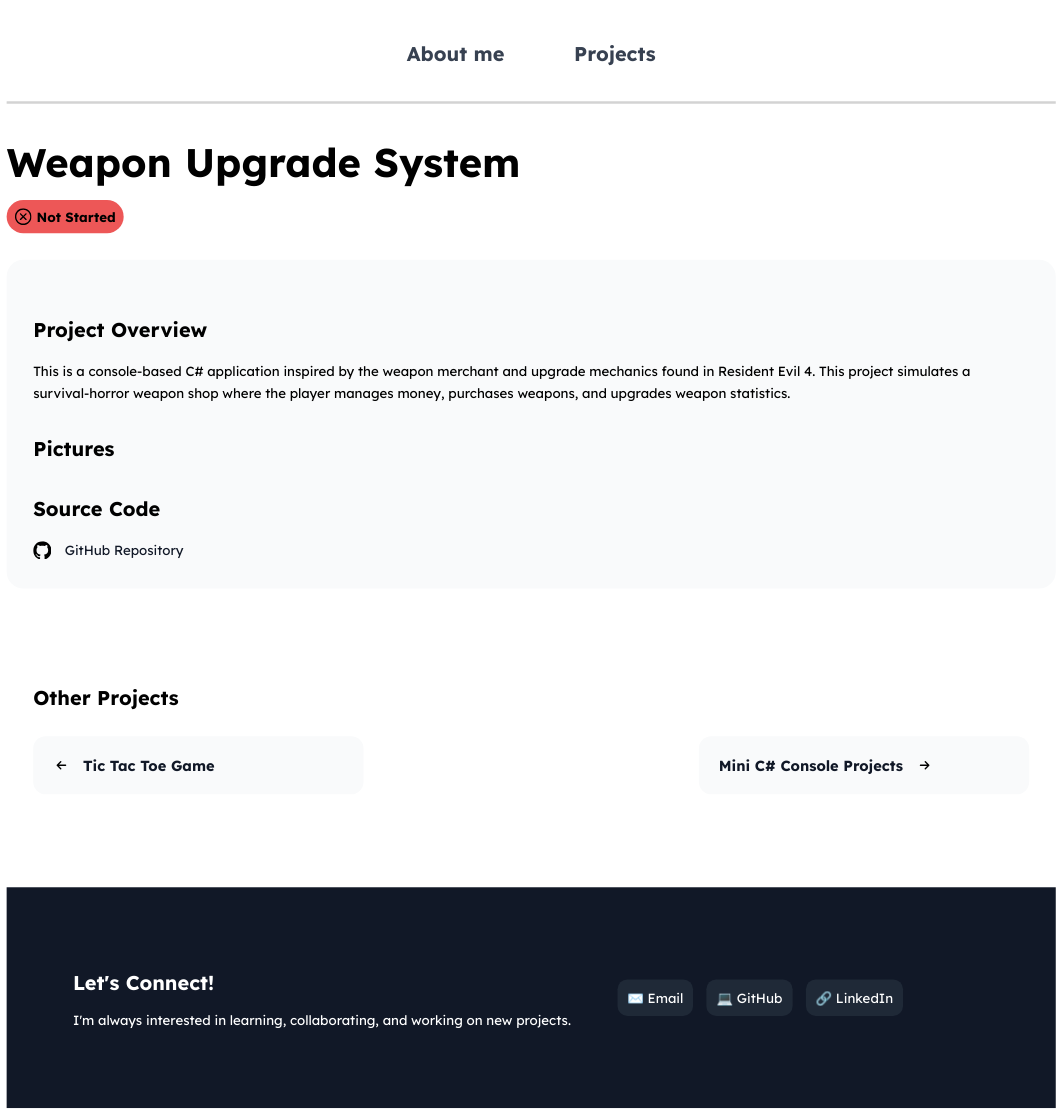
Repository: perrybalaba/perrybalaba
Page: pages/weapon-upgrade.html
An editor plug-in stored every save of this project. The page is shown before and after the next save, followed by the edit.
The browser window is 1280 px wide. The pictures show the whole page, at 83% of full size.

Above is the page before, as saved 2026-05-14 20:11:03.

### pages/weapon-upgrade.html
<!DOCTYPE html>
<html lang="en">
<head>
    <meta charset="UTF-8">
    <meta name="viewport" content="width=device-width, initial-scale=1.0">
    <title> Perry's Portfolio </title>
    <link rel="stylesheet" href="../styles/projects.css"/>
    <link rel="stylesheet" href="../styles/globals.css"/>
</head>
<body>
    <main>
        <!-- NAVIGATION BAR -->
        <nav class="Nav-Bar">
            <ul>
                <li><a href="../index.html"> About me </a></li>
                <li><a href="../pages/weapon-upgrade.html"> Projects </a></li>
            </ul>
        </nav>
        <!-- INFO -->
        <div class="Project-Info">
            <div class="Project-Info-Container">
                <h2> Weapon Upgrade System </h2>
                <div class="Project-Stats">
                    <span class="Not-Started">
                        <img src="../assets/images/no-svgrepo-com.svg" alt="not-started"/>
                        Not Started
                    </span>
                </div>
                <div class="Project-Info-Card">
                    <h3> Project Overview </h3>
                        <p>
                            This is a console-based C# application inspired by the weapon merchant and upgrade mechanics
                            found in Resident Evil 4. This project simulates a survival-horror weapon shop where the player
                            manages money, purchases weapons, and upgrades weapon statistics.
                        </p>
                    <h3> Pictures </h3>
                    <h3> Source Code </h3>
                    <div class="GitHub-Repo">
                        <a href="">
                            <img src="../assets/images/github-142-svgrepo-com.svg" alt="github logo">
                            GitHub Repository
                        </a>
                    </div>
                </div>
            </div>

        </div>

        <!-- MORE PROJECTS -->
        <div class="Other-Projects">
            <h2> Other Projects </h2>
            <div class="Other-Projects-Container">
                <div class="Other-Projects-Card Left-Card">
                    <a href="./tic-tac-toe.html">
                    <img src="../assets/images/arrow-sm-left-svgrepo-com.svg">
                    Tic Tac Toe Game
                    </a>
                </div>

                <div class="Other-Projects-Card Right-Card">
                    <a href="./console-projects.html">
                        Mini C# Console Projects
                        <img src="../assets/images/arrow-sm-right-svgrepo-com.svg">
                    </a>
                </div>
            </div>
        </div>


        <!-- CONTACT -->
        <div class="Contact">
            <div class="Contact-Container">
                <div class="Contact-Text">
                    <h2> Let's Connect! </h2>
                    <p>
                        I'm always interested in learning, collaborating, and working on new projects.
                    </p>
                </div>

                <div class="Contact-Links">
                    <a href="mailto:balabaperry@gmail.com"> ✉️ Email</a>
                    <a href="https://github.com/perrybalaba"> 💻 GitHub </a>
                    <a href="https://www.linkedin.com/in/ann-karen-balaba-46b839387/"> 🔗 LinkedIn</a>
                </div>
            </div>
        </div>

    </main>
</body>
</html>

### styles/projects.css
/* NAVIGATION BAR */
.Nav-Bar {
    padding: 1rem;
    border-bottom: 3px solid lightgray;
}

nav ul {
    list-style: none;
    display: flex;
    justify-content: center;
    flex-wrap: wrap;
    gap: 2rem;
    padding: 0;
}

nav ul li a {
    display: block;
    text-align: center;
    padding: .75rem 1rem;
    text-decoration: none;
    color: #374151;
    font-weight: bold;
    padding: 10px;
    border-radius: 10px;
    font-size: 1rem;
    transition: 0.2s;
}

nav ul li a:hover {
    transform: scale(1.08);
    background-color: #f3f4f6;
    color: black;
}

/* PROJECT */
.Other-Projects {
    max-width: 1100px;
    margin: 0;
    padding: 2rem;
}

.Project-Info-Container h2 {
    font-size: 3rem;
    margin-bottom: 1rem;
}

.Project-Stats {
    display: flex;
    gap: 1rem;
    flex-wrap: wrap;
    margin-bottom: 2rem;
}

.Work-In-Progress {
    display: flex;
    align-items: center;
    gap: 6px;
    background-color: #fffaaf;
    padding: 10px;
    border-radius: 1000px;
    font-weight: bold;
}

.Work-In-Progress img {
    width: 20px;
    height: 20px;
}

.Completed {
    display: flex;
    align-items: center;
    gap: 6px;
    background-color: #b5e8a4;
    padding: 10px;
    border-radius: 1000px;
    font-weight: bold;
}

.Completed img {
    width: 20px;
    height: 20px;
}

.Not-Started {
    display: flex;
    align-items: center;
    gap: 6px;
    background-color: #ed5757;
    padding: 10px;
    border-radius: 1000px;
    font-weight: bold;
}

.Not-Started img {
    width: 20px;
    height: 20px;
}

.Project-Info-Card {
    background-color: #f9fafb;
    padding: 2rem;
    border-radius: 20px;
    line-height: 1.7;
}

.Project-Info-Card h3 {
    font-size: 1.5rem;
    margin-bottom: 1rem;
    margin-top: 2rem;
}

.GitHub-Repo a {
    text-decoration: none;
    color: #111827;
    display: flex;
    align-items: center;
    gap: 1rem;
    transition: 0.2s ease;
}

.GitHub-Repo a:hover {
    transform: scale(1.01);
}

.GitHub-Repo img {
    width: 22px;
    height: 22px;
}

/* OTHER PROJECTS */
.Other-Projects {
    margin-top: 4rem;
    max-width: 1200px;
    padding: 2rem;
}

.Other-Projects-Container {
    display: flex;
    flex-direction: column;
    gap: 1rem;
    margin-top: 2rem;
}

.Other-Projects h2 {
    margin-bottom: 2rem;
}

.Other-Projects-Card {
    background-color: #f9fafb;
    padding: 1.5rem;
    border-radius: 15px;
    width: 100%;
    transition: 0.2s ease;
}

.Other-Projects-Card:hover {
    transform: translateY(-5px);
    background-color: #f3f4f6;
}

.Other-Projects-Card a {
    text-decoration: none;
    color: #111827;
    font-weight: bold;
    font-size: 1.1rem;
    display:flex;
    align-items: center;
    gap: 1rem;
}

.Other-Projects-Card img {
    width: 20px;
    height: 20px;
    transition: transform 0.2s ease;
}

.Left-Card:hover img {
    transform: translateX(-5px);
}

.Right-Card:hover img {
    transform: translateX(5px);
}

/* CONTACT */
.Contact {
    background-color: #111827;
    color: white;
    padding: 5rem;
    margin-top: 5rem;
}

.Contact-Container {
    display: flex;
    justify-content: space-between;
    align-items: center;
    max-width: 1000px;
    margin: 0;
    flex-wrap: wrap;
    gap: 2rem;
}

.Contact-Links {
    display: flex;
    gap: 1rem;
    flex-wrap: wrap;
}

.Contact-Links a {
    text-decoration: none;
    background-color: #1F2937;
    color: white;
    padding: 12px;
    border-radius: 12px;
    transition: 0.2s ease;
}

.Contact-Links a:hover {
    background-color: #374151;
    transform: scale(1.03);
}

### styles/globals.css
/* FONTS */
@font-face {
    font-family: "NotoSans";
    src: url(../assets/fonts/Noto_Sans/NotoSans-VariableFont_wdth\,wght.ttf);
}

@font-face {
    font-family: "Lexend";
    src: url(../assets/fonts/Lexend_Deca\,Noto_Sans/Lexend_Deca/LexendDeca-VariableFont_wght.ttf);
}

.Home-Header {
    font-family: "NotoSans";
}

.Nav-Bar {
    font-family: "Lexend";
}

main {
    font-family: "Lexend";
}

/* TABLET DESIGN */
@media (min-width: 768px) {
    /* NAVIGATION BAR */
    nav ul li a {
        font-size: 1.3rem;
    }

    /* HEADER */
    .Home-Header {
        font-size: 2.2rem;
    }

    /* ABOUT ME */
    .Info {
        flex-direction: row;
        justify-content: center;
        align-items: center;
        gap: 2rem;
        padding: 2rem;
    }

    .Description {
        width: 60%;
        max-width: 600px;
    }

    .Info img {
        max-width: 300px;
        width: 40%;
    }

    /* SKILLS */
    .Skill-Card {
        width: 260px;
    }

    .Skill-Icons img {
        width: 50px;
        height: 50px;
    }

    /* OTHER PROJECTS */
    .Other-Projects-Container {
        flex-direction: row;
        justify-content: space-between;
        align-items: center;
    }

    .Other-Projects-Card {
        width: 300px;
    }
}

/* DESKTOP */
@media (min-width: 1024px) {

    /* NAVIGATION */
    nav ul {
        gap: 4rem;
    }

    nav ul li a {
        font-size: 1.5rem;
    }

    /* ABOUT ME */
    .Info {
        gap: 5rem;
        padding: 4rem;
        justify-content: center;
        flex-direction: row;
        align-items: center;
    }

    .Description {
        max-width: 650px;
        font-size: 1.2rem;
        display: flex;
        flex-direction: column;
        align-items: center;
        justify-content: center;
        gap: 1rem;
    }

    .Info img {
        max-width: 500px;
    }

    .Home-Header {
        font-size: 4rem;
    }

    /* SKILLS */
    .Skill-Container {
        gap: 3rem;
    }

    .Skill-Card {
        width: 280px;
    }

    .Skill-Icons img {
        width: 80px;
        height: 80px;
    }

    /* SKILLS */
    .Projects-Container {
        display: flex;
        flex-direction: column;
        align-items: center;
    }

    .Project-Card {
        width: 100%;
        max-width: 850px;
        margin: 0 auto;
    }

    /* OTHER PROJECTS */
    .Other-Projects-Container {
        justify-content: space-between;
        align-items: center;
    }

    .Other-Projects-Card {
        width: 350px;
        padding: 1.5rem;
    }

    .Other-Projects-Card a {
        font-size: 1.1rem;
    }
}

After the next save:
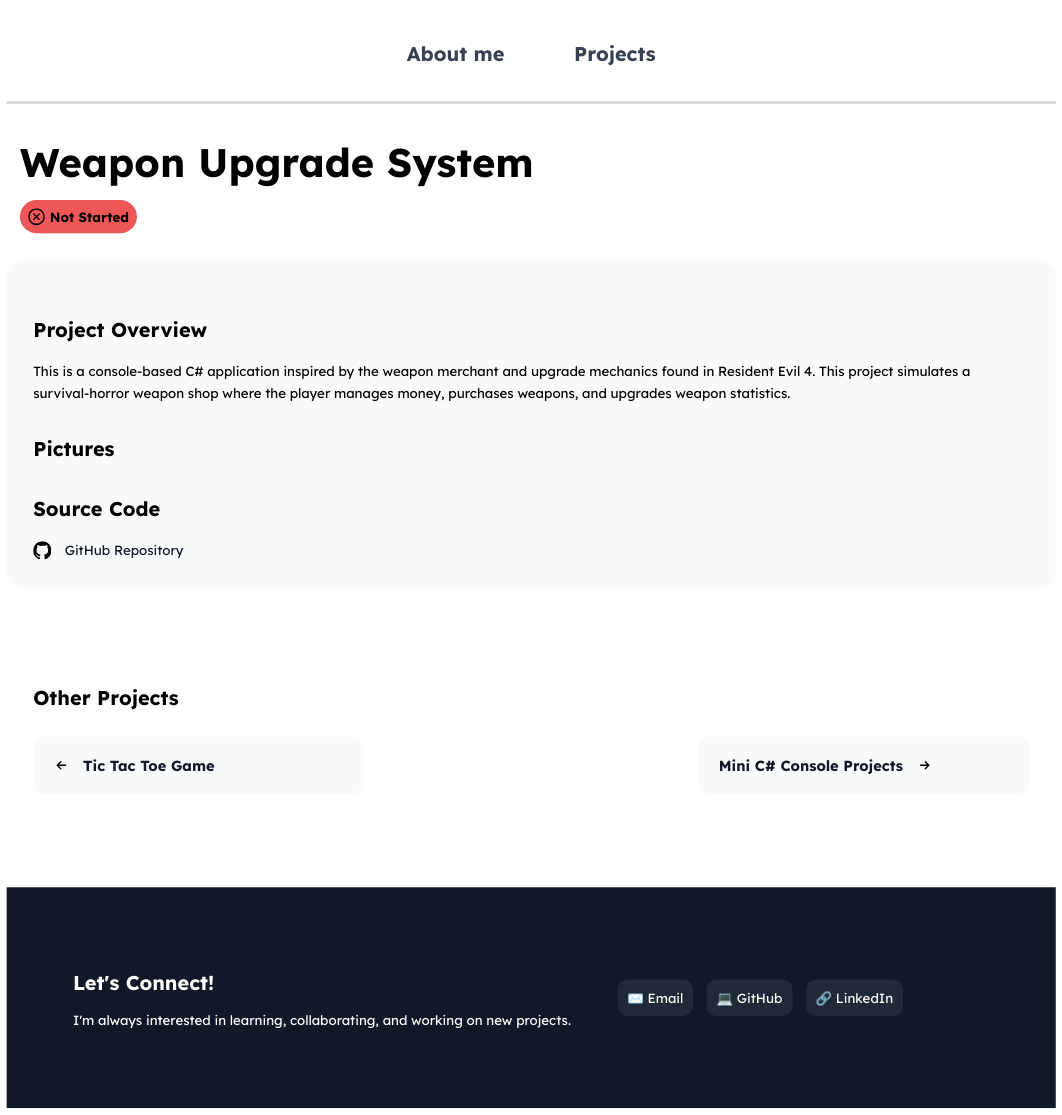
Saved 2 min 32 s later.
--- a/styles/projects.css
+++ b/styles/projects.css
@@ -42,6 +42,11 @@ nav ul li a:hover {
 .Project-Info-Container h2 {
     font-size: 3rem;
     margin-bottom: 1rem;
+    margin-left: 1rem;
+}
+
+.Project-Stats {
+    margin-left: 1rem;
 }
 
 .Project-Stats {
